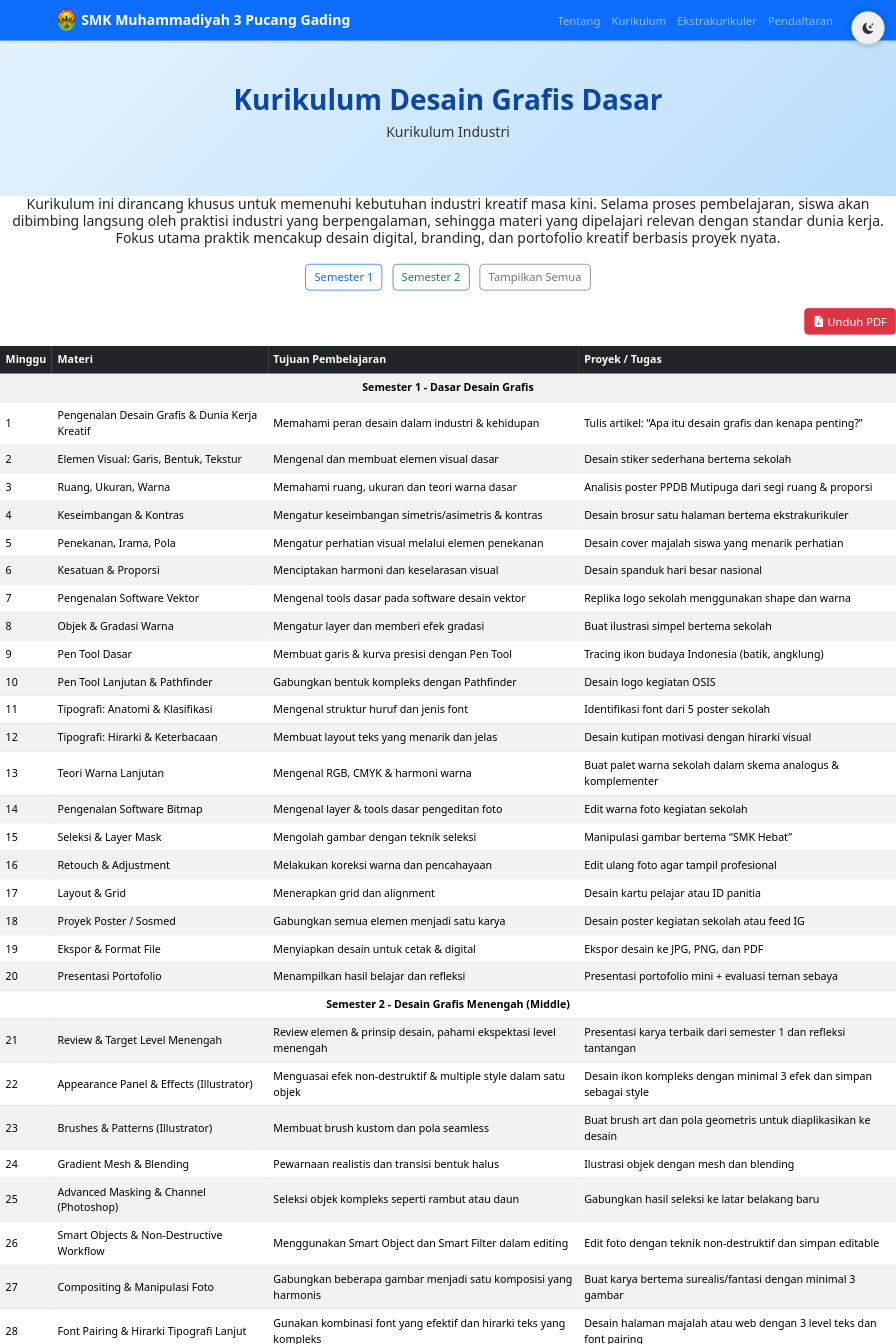
Repository: ppdbsmkmutipuga/kurikulumdesain
Page: index.html
These files come from the project's save history. The page is drawn as it stood at one moment and after the next save; the edit follows.
The browser window is 1280 px wide. The pictures show the part of the page from y = 0 to 1920 px (the page is 2590 px tall before and 2959 px after), at 70% of full size.

Above is the page before, as saved 2025-07-01 05:35:33.

After the next save:
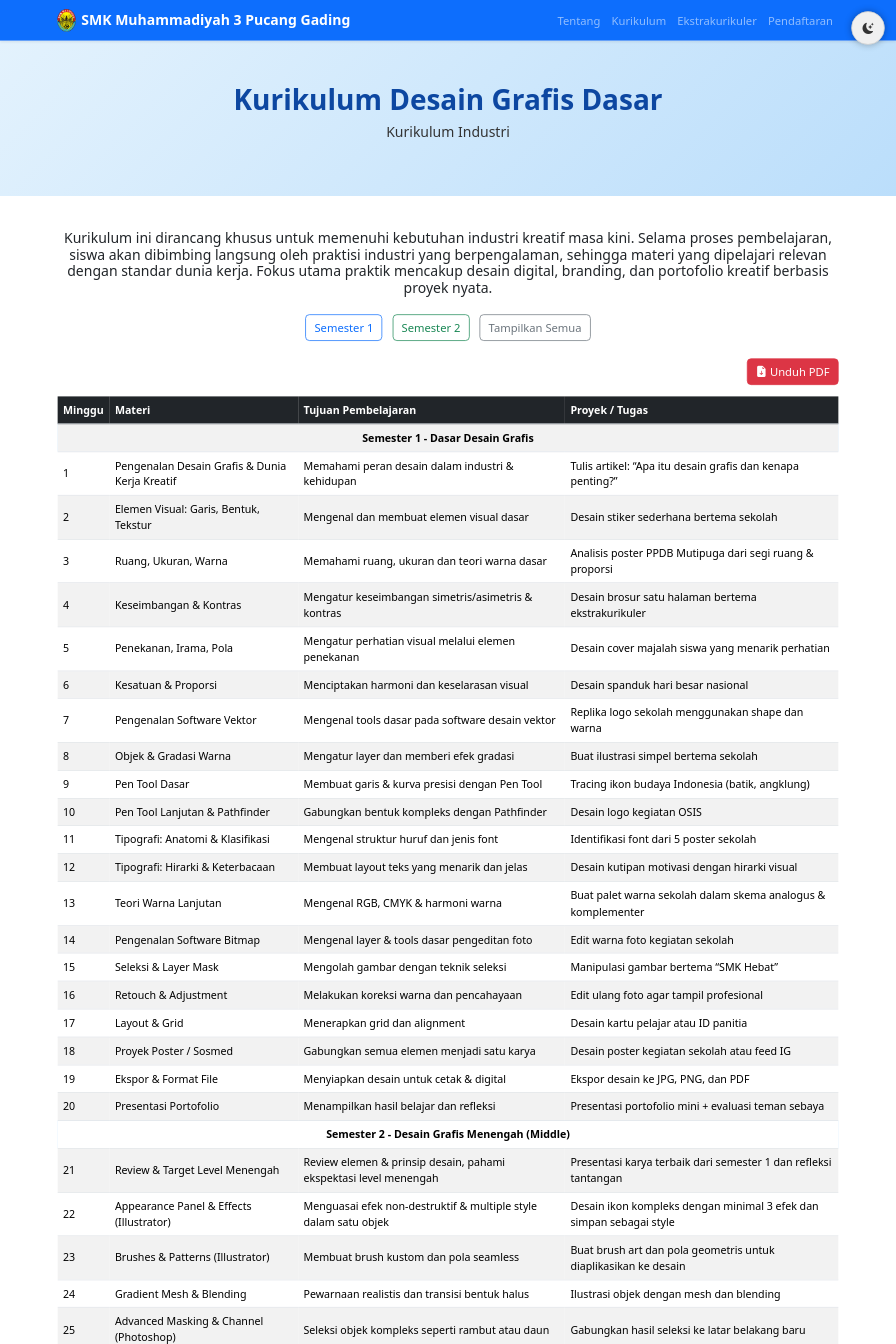
Saved 4 s later.
--- a/index.html
+++ b/index.html
@@ -21,7 +21,7 @@
 
 
     <!-- Navbar -->
-   <nav class="navbar navbar-expand-lg navbar-dark bg-primary sticky-top shadow-sm">
+    <nav class="navbar navbar-expand-lg navbar-dark bg-primary sticky-top shadow-sm">
         <div class="container">
             <a class="navbar-brand fw-bold d-flex align-items-center" href="#">
                 <img src="images/logo.png" alt="Logo SMK Mutipuga" height="32" class="me-2">
@@ -52,7 +52,7 @@
     </section>
 
     <!-- Table Section -->
-    <section  id="kuclass="container my-5" data-aos="fade-up">
+    <section id="kurikulum" class="container my-5" data-aos="fade-up">
         <h5 class="section-title text-center">
             Kurikulum ini dirancang khusus untuk memenuhi kebutuhan industri kreatif masa kini.
             Selama proses pembelajaran, siswa akan dibimbing langsung oleh praktisi industri yang berpengalaman,
